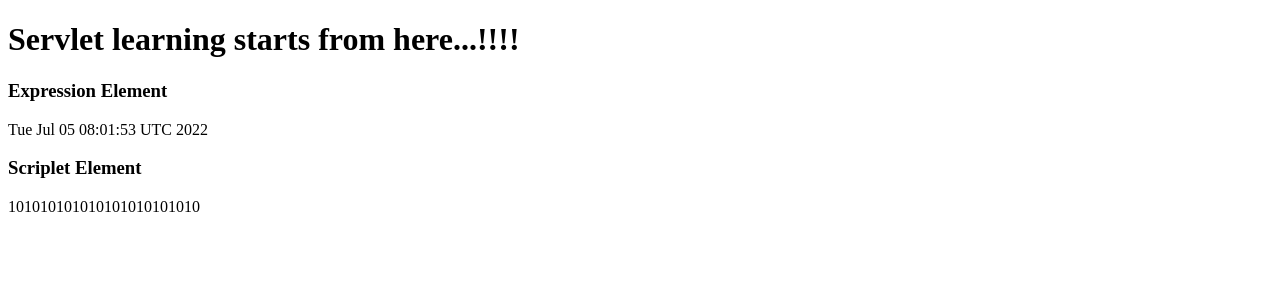
Repository: gkalivar/Java-projects
Page: http://localhost/TestServlet/HelloWorld.jsp
These files come from the project's save history. The page is drawn as it stood at one moment and after the next save; the edit follows.
The browser window is 1280 px wide. The pictures show the whole page.
The page is served by Tomcat 10. Other server files are loaded and not shown.

Above is the page before, as saved 2022-07-05 14:10:09.

### TestServlet/src/main/webapp/HelloWorld.jsp
<%@ page language="java" contentType="text/html; charset=ISO-8859-1"
    pageEncoding="ISO-8859-1"%>
<!DOCTYPE html>
<html>
<head>
<meta charset="ISO-8859-1">
<title>The New servlet</title>
</head>
<body>
<h1> Servlet learning starts from here...!!!!</h1>

<h3>Expression Element</h3>
<%= new java.util.Date() %>

<h3>Scriplet Element</h3>

<%
int x = 10;

out.print(x);

for (int i =0;i<=10;i++){

	out.print(x);

}


%>
</body>
</html>

After the next save:
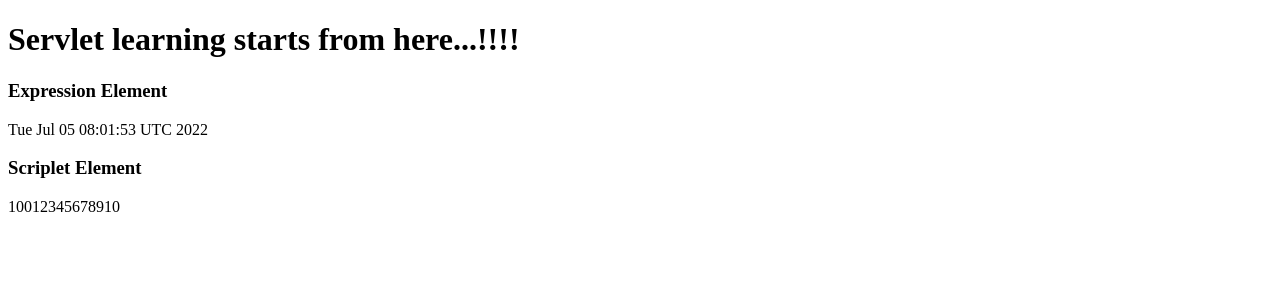
Saved 14 s later.
--- a/TestServlet/src/main/webapp/HelloWorld.jsp
+++ b/TestServlet/src/main/webapp/HelloWorld.jsp
@@ -21,7 +21,7 @@ out.print(x);
 
 for (int i =0;i<=10;i++){
 
-	out.print(x);
+	out.print(i);
 
 }
 
